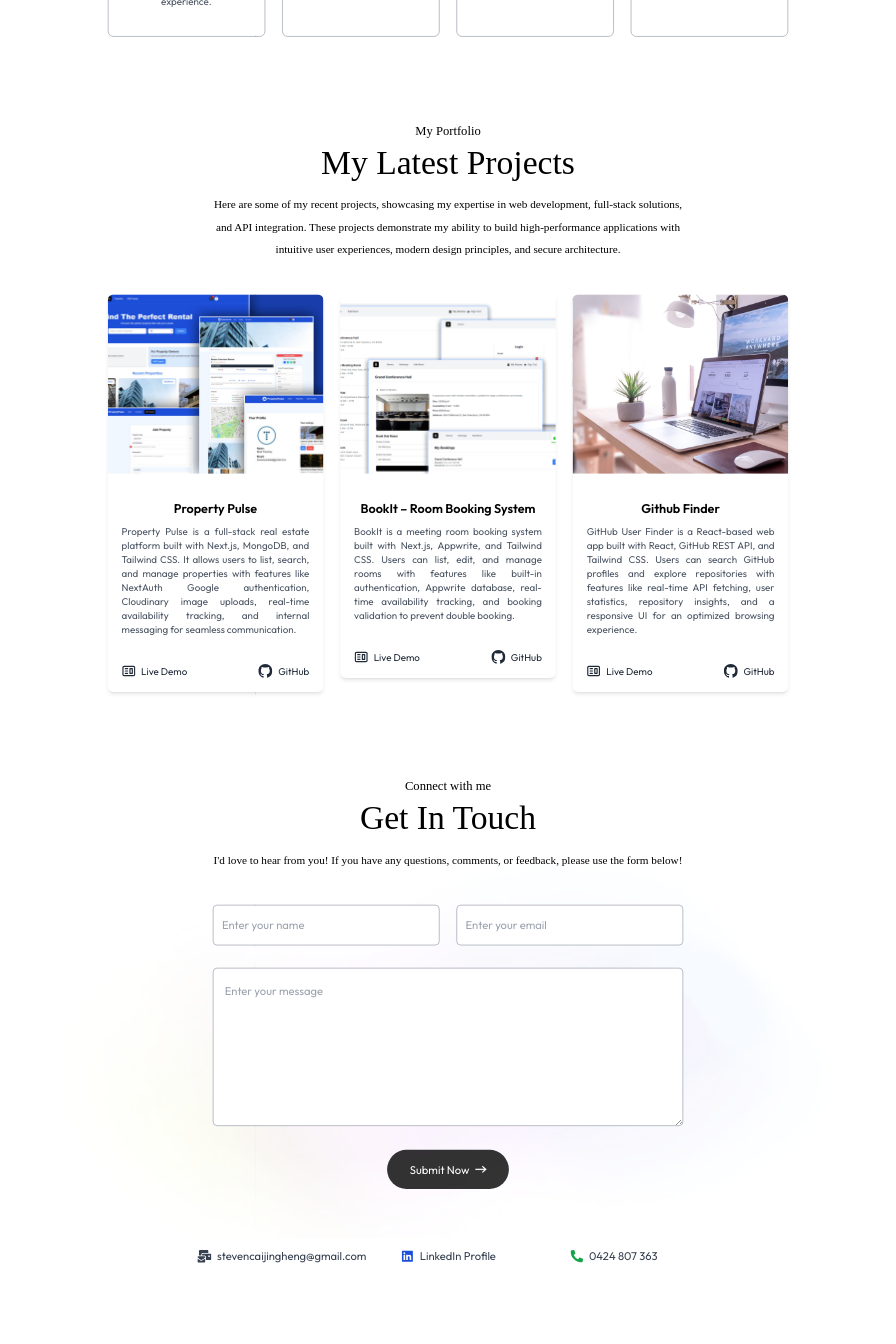
Repository: Steven4cai/profolio
Page: /
The author's editor kept a copy of each file at every save. The page is drawn from the files as they stood at one save, then again after the next save.
The browser window is 1280 px wide. The pictures show the part of the page from y = 2221 to 4141 px (the page is 4241 px tall), at 70% of full size.
Some web fonts or font styles are not loaded; a fallback is used. The project was rebuilt for these pictures with package versions that can differ from the ones it lists, and the page was loaded fresh each time. The framework's server and built-in components were replaced by stand-ins that run in the browser. Also part of the build but not shown: next.config.mjs.

Above is the page before, as saved 2025-02-10 16:21:33.

### app/layout.js
import {Outfit,Ovo} from "next/font/google";
import "./globals.css";

const outfit = Outfit({
  subsets: ["latin"],weight:["400","500","600","700"]
});

const ovo = Ovo({
  subsets: ["latin"],weight:["400"]
});

export const metadata = {
  title: "Profolio - Steven",
  description: "",
};

export default function RootLayout({ children }) {
  return (
    <html lang="en" className="scroll-smooth ">
      <body className={`${outfit.className} ${ovo.className} antialiased leading-8 overflow-x-hidden
      dark:bg-darkTheme dark:text-white`}>
        <main>{children}</main>
      </body>
    </html>
  );
}

### components/About.jsx
import Image from 'next/image'
import React from 'react'
import {assets, infoList, toolsData} from '@/assets/assets'


const About = ({isDark}) => {
  return (
    <div id='about' className='w-full px-[12%] py-10 scroll-mt-20'>
      <h4 className='text-center mb-2 text-lg font-Ovo'>Introduction</h4>
      <h2 className='text-center text-5xl font-Ovo'>About Me</h2>

    <div className='flex w-full flex-col lg:flex-row items-center gap-20 my-20'>
        <div className='w-64 sm:w-80 rounded-3xl max-w-none'>
            <Image src={assets.user_image} alt='user'
            className='w-full rounded-3xl'/>
        </div>
        <div className='flex-1'>
            <p className='mb-10 max-w-2xl font-Ovo'>
            I am a web developer with a background in IT and software
         engineering. I specialize in building scalable and efficient web
          applications, focusing on clean code, performance optimization,
          and user experience. Skilled in both front-end and back-end
          technologies, I am always eager to learn and apply new solutions.
            </p>
            <ul className='grid grid-cols-1 sm:grid-cols-3 gap-6 max-w-2xl'>
                {infoList.map((info,index) => (
                    <li
                    className='border-[0.5px] border-gray-400 rounded-xl p-6
                    cursor-pointer hover:bg-lightHover hover:-translate-y-1 duration-500
                    hover:shadow-black
                    dark:border-white dark:hovr:shadow-white dark:hover:bg-darkHover/50'
                    key={index}>
                        <Image src={isDark ? info.iconDark : info.icon} alt={info.title} className='w-7 mt-3'/>
                        <h3 className='my-4 font-semiblod text-gray-700 dark:text-white'>{info.title}</h3>
                        <p className='text-gray-600 text-sm dark:text-white/80'>{info.description}</p>
                    </li>
                ))}
            </ul>

            <h4 className='my-6 text-gray-700 font-Ovo dark:text-white/80'>Tools I use</h4>


                <ul className='flex items-center gap-3 sm:gap-5'>
                    {toolsData.map((tool,index) => (
                        <li className=
                        'flex items-center justify-center w-12 sm:w-14 aspect-square border border-gray-400 rounded-lg cursor-pointer hover:-translate-y-1 duration-500'
                         key={index}>
                            <Image src={tool} alt='Tool' className='w-5 sm:w-7' />
                        </li>
                    ))}
                </ul>
        </div>
    </div>

    </div>
  )
}

export default About

### components/Header.jsx
import React from 'react'
import Image from 'next/image'
import {assets} from '@/assets/assets'

const Header = () => {
  return (
    <div className=
    'w-11/12 max-w-3xl text-center mx-auto h-screen flex flex-col items-center justify-center gap-4'>
      <div>
        <Image src={assets.profile_img} alt='' className='rounded-full w-32'/>
      </div>
      <h3 className='flex items-end gap-2 text-xl md:text-2xl mb-3 font-Ovo'>Hi! I'm Steven Cai <Image src={assets.hand_icon} alt='' className='w-6'/></h3>
        <h1 className='text-3xl sm:text-6xl lg:text-[66px] font-Ovo'>Frontend web developer based in Sydney</h1>
        <p className='max-w-2xl mx-auto font-Ovo'>
          Web developer with a strong foundation in software engineering,
           specializing in building efficient, scalable, and user-friendly
            applications.
        </p>
        <div className=
        'flex flex-col sm:flex-row items-center gap-4 mt-4'>
            <a href="#contact"
             className='px-10 py-3 border rounded-full bg-black text-white flex items-center gap-2
             dark:bg-transparent'>
                Contact me  <Image src={assets.right_arrow_white} alt='' className='w-4'/></a>
            <a href="/Steven_Cai_ITResume.pdf" download
            className='px-10 py-3 border rounded-full border-gray-500 flex items-center gap-2
            bg-white dark:text-black'
            >My resume  <Image src={assets.download_icon} alt='' className='w-4'/></a>

        </div>


    </div>
  )
}

export default Header

### components/Navbar.jsx
'use client'

import Image from 'next/image'
import React, { useEffect, useState } from 'react'
import {assets} from '@/assets/assets'

const Navbar = ({isDark,setIsDark}) => {
    const [isScroll, setIsScrool] = useState(false)

    const [isMenuOpen, setIsMenuOpen] = useState(false);

    const openMenu = () => {
        setIsMenuOpen(true);
    };

    const closeMenu = () => {
        setIsMenuOpen(false);
    };

    useEffect(()=>{
        window.addEventListener('scroll',()=>{
            if(scrollY > 50){
                setIsScrool(true)
            }else{
                setIsScrool(false)
            }
        })
    } ,[])

    return (
        <>
            <div className='fixed top-0 right-0 w-11/12 -z-10 translate-y-[-80%] dark:hidden'>
                <Image src={assets.header_bg_color} alt='' className='w-full' />
            </div>

            <nav className={`w-full fixed px-5 lg:px-8 xl:px-[8%] py-4 flex
                items-center justify-between z-50 ${isScroll
                ? 'bg-white bg-opacity-50 backdrop-blur-lg shadow-sm dark:bg-darkTheme dark:shadow-white/20'
                : ''}`}>
                <a href="#top">
                    <Image alt='logo' className='w-28 cursor-pointer mr-14 bg-white rounded-full' src={assets.logo} />
                </a>

                <ul className={`hidden md:flex items-center gap-6
                    lg:gap-8 rounded-full px-12 py-3
                    ${isScroll ?'' : 'bg-white shadow-sm bg-opacity-50 dark:border dark:border-white/50 dark:bg-transparent'}`}>
                    <li><a className='font-Ovo' href="#top">Home</a></li>
                    <li><a className='font-Ovo' href="#about">About me</a></li>
                    <li><a className='font-Ovo' href="#services">Services</a></li>
                    <li><a className='font-Ovo' href="#work">My Work</a></li>
                    <li><a className='font-Ovo' href="#contact">Contact me</a></li>
                </ul>

                <div className='flex items-center gap-4'>

                    <button onClick={() => setIsDark(prev => !prev)}>
                        <Image src={isDark ? assets.sun_icon : assets.moon_icon} alt='' className='w-6' />
                    </button>

                    <a href='#contact' className='hidden lg:flex items-center gap-3 px-10 py-2.5
                    border border-gray-500 rounded-full ml-4 font-Ovo
                    dark:border-white/50'>
                        Contact <Image className='w-3' src={isDark ?assets.arrow_icon_dark :assets.arrow_icon} alt='arrowicon' />
                    </a>

                    <button className='block md:hidden ml-3' onClick={openMenu}>
                        <Image src={isDark ?assets.menu_white :assets.menu_black} alt='' className='w-6' />
                    </button>
                </div>

                <ul className={`flex flex-col gap-4 py-20 px-10
                fixed -right-0 top-0 bottom-0 w-64 z-50 h-screen bg-rose-50
                transition duration-500' dark:bg-darkHover dark:text-white
                ${isMenuOpen ? 'translate-x-0' : 'translate-x-[16rem]'} md:hidden`}>
                    {/* Close Button */}
                    <div className='absolute right-6 top-6' onClick={closeMenu}>
                        <Image src={isDark ?assets.close_white :assets.close_black} alt='' className='w-5 cursor-pointer' />
                    </div>

                    <li><a onClick={closeMenu} className='font-Ovo' href="#top">Home</a></li>
                    <li><a onClick={closeMenu} className='font-Ovo' href="#about">About me</a></li>
                    <li><a onClick={closeMenu} className='font-Ovo' href="#services">Services</a></li>
                    <li><a onClick={closeMenu} className='font-Ovo' href="#work">My Work</a></li>
                    <li><a onClick={closeMenu} className='font-Ovo' href="#contact">Contact me</a></li>
                </ul>
            </nav>
        </>
    )
}

export default Navbar;

### components/Services.jsx
import React from "react";
import { TbWorld } from "react-icons/tb";
import { RiStackFill } from "react-icons/ri";
import { AiOutlineApi } from "react-icons/ai";
import { MdSecurity } from "react-icons/md";

export const serviceData = [
  { icon: <TbWorld className="text-4xl text-gray-700 dark:text-white" />, title: 'Frontend Development', description: 'Building modern, responsive, and interactive web applications using React.js, Next.js, and Tailwind CSS to ensure seamless user experience.', link: '' },
  { icon: <RiStackFill className="text-4xl text-gray-700 dark:text-white" />, title: 'Full-Stack Development', description: 'Developing scalable web applications with Next.js, Appwrite, MongoDB, and Firebase, handling both frontend and backend efficiently.', link: '' },
  { icon: <AiOutlineApi className="text-4xl text-gray-700 dark:text-white" />, title: 'API Development & Integration', description: 'Creating and integrating RESTful APIs to enable smooth data communication between systems, ensuring high performance and security.', link: '' },
  { icon: <MdSecurity className="text-4xl text-gray-700 dark:text-white" />, title: 'Authentication & Security', description: 'Implementing secure authentication using NextAuth.js, OAuth, JWT, and Firebase Auth, ensuring data protection and user privacy.', link: '' },
];

const Services = () => {
  return (
    <div id='services' className='w-full px-[12%] py-10 scroll-mt-20'>
      <h4 className='text-center mb-2 text-lg font-Ovo'>What I offer</h4>
      <h2 className='text-center text-5xl font-Ovo'>My Services</h2>

      <p className='text-center max-w-2xl mx-auto mt-5 mb-12 font-Ovo'>
        I design and develop modern, high-performance web applications with
        a focus on efficiency, scalability, and seamless user experience. Whether
        it’s front-end UI/UX, full-stack solutions, or API integrations,
        I build robust and maintainable systems tailored to business needs.
      </p>

      <div className='grid grid-cols-1 sm:grid-cols-2 md:grid-cols-4 gap-6 my-10'>
        {serviceData.map(({ icon, title, description, link }, index) => (
          <div
            className='border border-gray-400 rounded-lg px-8 py-10 flex flex-col items-center text-center
              hover:shadow-black cursor-pointer hover:bg-lightHover hover:-translate-y-1 duration-500
              dark:hover:bg-darkHover dark:hover:shadow-white'
            key={index}
          >
            {icon}
            <h3 className='text-lg my-4 text-gray-700 dark:text-white'>{title}</h3>
            <p className='text-sm text-gray-600 leading-5 dark:text-white/80'>{description}</p>
          </div>
        ))}
      </div>
    </div>
  );
};

export default Services;

### components/Work.jsx
import { assets, workData } from '@/assets/assets';
import React from 'react';
import Image from 'next/image';
import Link from 'next/link';
import { BsGithub } from 'react-icons/bs';
import { CgWebsite } from 'react-icons/cg';

const Work = ({ isDark }) => {
  return (
    <div id="work" className="w-full px-[12%] py-10 scroll-mt-20">
      <h4 className="text-center mb-2 text-lg font-Ovo">My Portfolio</h4>
      <h2 className="text-center text-5xl font-Ovo">My Latest Projects</h2>

      <p className="text-center max-w-2xl mx-auto mt-5 mb-12 font-Ovo">
      Here are some of my recent projects, showcasing my expertise in web
       development, full-stack solutions, and API integration. These projects
        demonstrate my ability to build high-performance applications
         with intuitive user experiences, modern design principles, and secure
         architecture.
      </p>

      <div className="grid grid-cols-1 sm:grid-cols-2 md:grid-cols-3 gap-6 my-10">
  {workData.map((work, index) => (
    <Link href={work.website} target="_blank"  key={index}>
    <div
      className="flex flex-col bg-white dark:bg-gray-900 rounded-lg shadow-md overflow-hidden group cursor-pointer"
    >
      <div
        className="h-64 bg-cover bg-center transition-transform duration-500 group-hover:scale-105 mb-4"
        style={{ backgroundImage: `url(${work.bgImage})` }}
      ></div>

      <div
        className="p-5 w-full flex flex-col flex-grow transition-all duration-500 group-hover:-translate-y-2"
      >
        <h2 className="font-semibold text-lg dark:text-white text-center">
          {work.title}
        </h2>
        <p className="text-sm text-gray-600 dark:text-gray-300 mt-2 text-justify flex-grow">
          {work.description}
        </p>

        <div className="mt-10 flex justify-between items-center">
          <Link
            href={work.website}
            target="_blank"
            className="flex items-center gap-2 text-sm text-gray-800 dark:text-white hover:text-blue-500 transition-colors"
          >
            <CgWebsite className="text-xl" /> Live Demo
          </Link>

          <Link
            href={work.github}
            target="_blank"
            className="flex items-center gap-2 text-sm text-gray-800 dark:text-white hover:text-gray-600 transition-colors"
          >
            <BsGithub className="text-xl" /> GitHub
          </Link>
        </div>
      </div>
    </div>
    </Link>
  ))}
</div>

    </div>
  );
};

export default Work;

### components/Contact.jsx
'use client'
import { assets } from '@/assets/assets'
import React,{ useState } from 'react'
import Image from 'next/image'
import { FaPhoneAlt,FaMailBulk } from "react-icons/fa";
import Link from 'next/link';
import { AiFillLinkedin } from "react-icons/ai";
const Contact = () => {

    const [result, setResult] = React.useState("");

  const onSubmit = async (event) => {
    event.preventDefault();
    setResult("Sending....");
    const formData = new FormData(event.target);

    formData.append("access_key", "d1d257f8-3b83-45d6-8d1c-4f4ca340e588");

    const response = await fetch("https://api.web3forms.com/submit", {
      method: "POST",
      body: formData
    });

    const data = await response.json();

    if (data.success) {
      setResult("Form Submitted Successfully");
      event.target.reset();
    } else {
      console.log("Error", data);
      setResult(data.message);
    }
  };


  return (
    <div id='contact' className='w-full px-[12%] py-10 scroll-mt-20 bg-[url("/footer-bg-color.png")] bg-no-repeat
    bg-center bg-[length:90%_auto] dark:bg-none'>
        <h4 className='text-center mb-2 text-lg font-Ovo'>Connect with me</h4>
        <h2 className='text-center text-5xl font-Ovo'>Get In Touch</h2>

        <p className='text-center max-w-2xl mx-auto mt-5 mb-12 font-Ovo'>
       I'd love to hear from you! If you have any questions, comments, or feedback, please use the form below!
        </p>

        <form onSubmit={onSubmit} className='max-w-2xl mx-auto'>
            <div className='grid grid-cols-auto gap-6 mt-10 mb-8'>
                <input
                className='flex-1 p-3 outline-none border-[0.5px] border-gray-400 rounded-md bg-white
                dark:bg-darkHover/30 dark:border-white/90'
                type="text" placeholder='Enter your name' required name="name" />
                <input
                className='flex-1 p-3 outline-none border-[0.5px] border-gray-400 rounded-md bg-white
                dark:bg-darkHover/30 dark:border-white/90'
                type="email" placeholder='Enter your email' required name="email" />
            </div>
            <textarea
            className='w-full p-4 outline-none border-[0.5px] border-gray-400 rounded-md bg-white mb-6
            dark:bg-darkHover/30 dark:border-white/90'
            rows={6} placeholder='Enter your message'  name="message" required></textarea>
            <button
            className='py-3 px-8 w-max flex items-center justify-between gap-2 bg-black/80 text-white rounded-full
            mx-auto hover:bg-black duration-500 dark:bg-transparent dark:border-[0.5px] dark:hover:bg-darkHover'
            type='submit'>
                Submit Now <Image src={assets.right_arrow_white} alt='' className='w-4'/>
            </button>

            <p className='mt-4'>{result}</p>
            <div className='mt-20'>
            <div className="grid grid-cols-1 sm:grid-cols-2 md:grid-cols-3 gap-10 justify-items-center my-10">
  {/* 📧 邮件 */}
  <Link href="mailto:stevencaijingheng@gmail.com">
    <div className="flex items-center gap-2 cursor-pointer hover:text-blue-500 transition">
      <FaMailBulk className="text-xl text-gray-700 dark:text-white" />
      <span className="text-gray-700 dark:text-white">stevencaijingheng@gmail.com</span>
    </div>
  </Link>

  {/* 🔗 LinkedIn */}
  <Link href="https://www.linkedin.com/in/stevencai1" target="_blank" rel="noopener noreferrer">
    <div className="flex items-center gap-2 cursor-pointer hover:text-blue-500 transition">
      <AiFillLinkedin className="text-blue-700 dark:text-blue-400 text-xl" />
      <span className="text-gray-700 dark:text-white">LinkedIn Profile</span>
    </div>
  </Link>

  {/* 📞 电话 */}
  <div className="flex items-center gap-2">
    <FaPhoneAlt className="text-green-600 text-lg" />
    <span className="text-gray-700 dark:text-white">0424 807 363</span>
  </div>
</div>

      </div>
        </form>
    </div>
  )
}

export default Contact

### components/Footer.jsx
import Image from 'next/image'
import React from 'react'
import { assets } from '@/assets/assets'


const Footer = ({ isDark }) => {
  const currentYear = new Date().getFullYear();

  return (




      <div className='text-center border-t border-gray-400 mx-[10%] mt-12 py-6'>
        <p>&copy; {currentYear} Steven Cai. All rights reserved.</p>
      </div>

  )
}

export default Footer;

Loaded but not shown: app/globals.css (common file); assets/assets.js (123 lines, source omitted); app/page.js (42 lines, source omitted); tailwind.config.mjs (30 lines, source omitted)

After the next save:
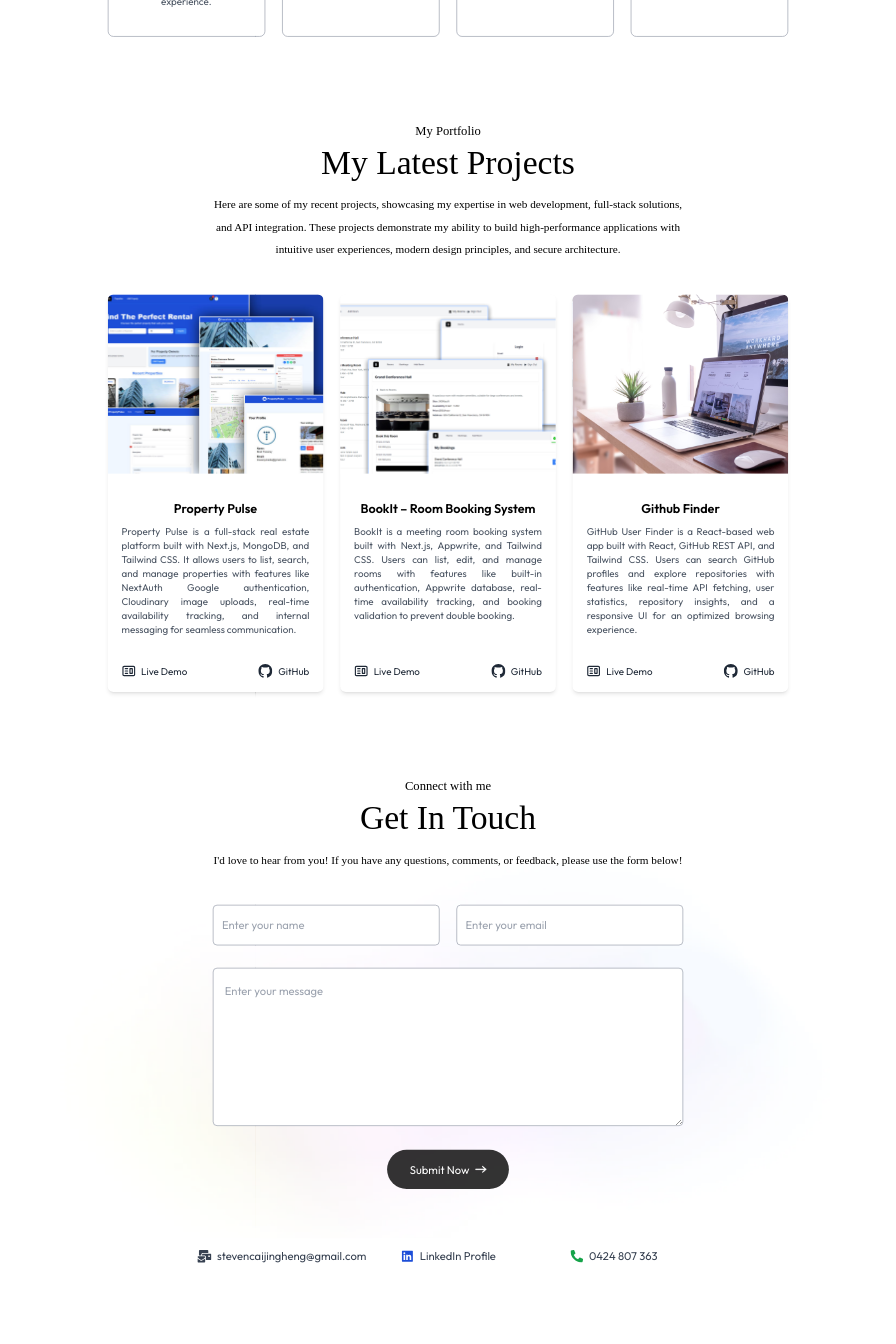
Saved 10 days later.
--- a/components/Work.jsx
+++ b/components/Work.jsx
@@ -1,6 +1,5 @@
-import { assets, workData } from '@/assets/assets';
+import { workData } from '@/assets/assets';
 import React from 'react';
-import Image from 'next/image';
 import Link from 'next/link';
 import { BsGithub } from 'react-icons/bs';
 import { CgWebsite } from 'react-icons/cg';
@@ -12,57 +11,49 @@ const Work = ({ isDark }) => {
       <h2 className="text-center text-5xl font-Ovo">My Latest Projects</h2>
 
       <p className="text-center max-w-2xl mx-auto mt-5 mb-12 font-Ovo">
-      Here are some of my recent projects, showcasing my expertise in web
-       development, full-stack solutions, and API integration. These projects
+        Here are some of my recent projects, showcasing my expertise in web
+        development, full-stack solutions, and API integration. These projects
         demonstrate my ability to build high-performance applications
-         with intuitive user experiences, modern design principles, and secure
-         architecture.
+        with intuitive user experiences, modern design principles, and secure
+        architecture.
       </p>
 
       <div className="grid grid-cols-1 sm:grid-cols-2 md:grid-cols-3 gap-6 my-10">
-  {workData.map((work, index) => (
-    <Link href={work.website} target="_blank"  key={index}>
-    <div
-      className="flex flex-col bg-white dark:bg-gray-900 rounded-lg shadow-md overflow-hidden group cursor-pointer"
-    >
-      <div
-        className="h-64 bg-cover bg-center transition-transform duration-500 group-hover:scale-105 mb-4"
-        style={{ backgroundImage: `url(${work.bgImage})` }}
-      ></div>
+        {workData.map((work, index) => (
+          <div
+            className="flex flex-col bg-white dark:bg-gray-900 rounded-lg shadow-md overflow-hidden group cursor-pointer"
+            key={index}
+          >
+            <div
+              className="h-64 bg-cover bg-center transition-transform duration-500 group-hover:scale-105 mb-4"
+              style={{ backgroundImage: `url(${work.bgImage})` }}
+            ></div>
 
-      <div
-        className="p-5 w-full flex flex-col flex-grow transition-all duration-500 group-hover:-translate-y-2"
-      >
-        <h2 className="font-semibold text-lg dark:text-white text-center">
-          {work.title}
-        </h2>
-        <p className="text-sm text-gray-600 dark:text-gray-300 mt-2 text-justify flex-grow">
-          {work.description}
-        </p>
+            <div className="p-5 w-full flex flex-col flex-grow transition-all duration-500 group-hover:-translate-y-2">
+              <h2 className="font-semibold text-lg dark:text-white text-center">
+                {work.title}
+              </h2>
+              <p className="text-sm text-gray-600 dark:text-gray-300 mt-2 text-justify flex-grow">
+                {work.description}
+              </p>
 
-        <div className="mt-10 flex justify-between items-center">
-          <Link
-            href={work.website}
-            target="_blank"
-            className="flex items-center gap-2 text-sm text-gray-800 dark:text-white hover:text-blue-500 transition-colors"
-          >
-            <CgWebsite className="text-xl" /> Live Demo
-          </Link>
+              <div className="mt-10 flex justify-between items-center">
+                <Link href={work.website} target="_blank" passHref>
+                  <span className="flex items-center gap-2 text-sm text-gray-800 dark:text-white hover:text-blue-500 transition-colors cursor-pointer">
+                    <CgWebsite className="text-xl" /> Live Demo
+                  </span>
+                </Link>
 
-          <Link
-            href={work.github}
-            target="_blank"
-            className="flex items-center gap-2 text-sm text-gray-800 dark:text-white hover:text-gray-600 transition-colors"
-          >
-            <BsGithub className="text-xl" /> GitHub
-          </Link>
-        </div>
+                <Link href={work.github} target="_blank" passHref>
+                  <span className="flex items-center gap-2 text-sm text-gray-800 dark:text-white hover:text-gray-600 transition-colors cursor-pointer">
+                    <BsGithub className="text-xl" /> GitHub
+                  </span>
+                </Link>
+              </div>
+            </div>
+          </div>
+        ))}
       </div>
-    </div>
-    </Link>
-  ))}
-</div>
-
     </div>
   );
 };
